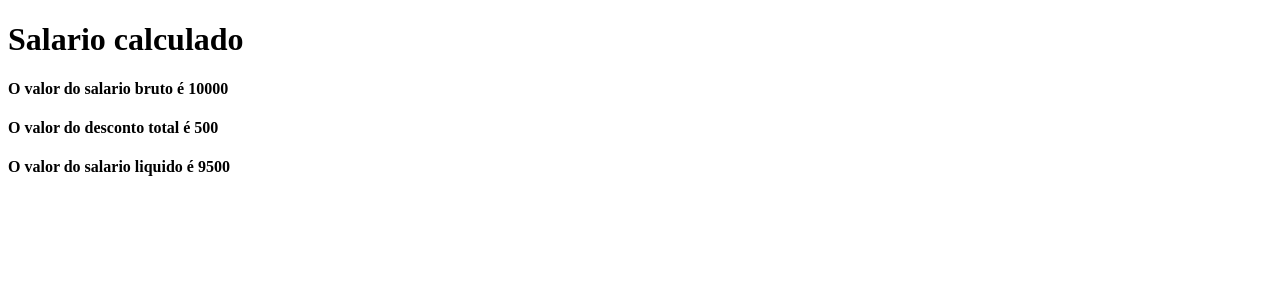
Repository: Nickolaz1/exercicios-jsp
Page: http://localhost/exer01/
The author's editor kept a copy of each file at every save. The page is drawn from the files as they stood at one save, then again after the next save.
The browser window is 1280 px wide. The pictures show the whole page.
The page is served by Tomcat 9.

Above is the page before, as saved 2021-06-06 23:29:40.

After the next save:
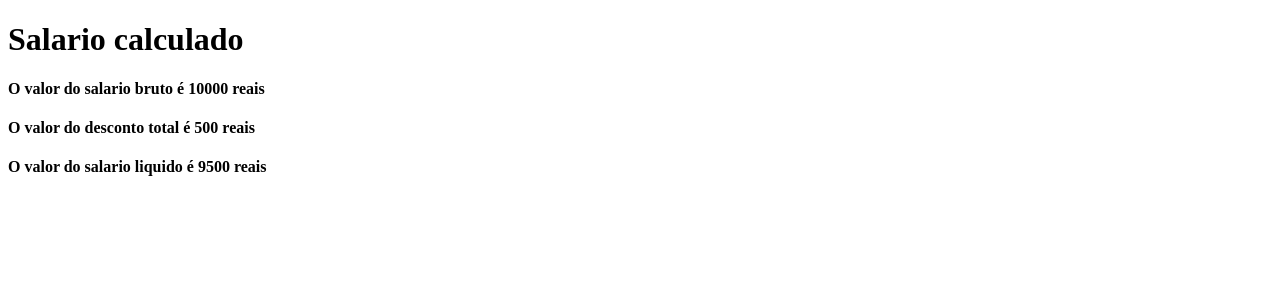
Saved 64 s later.
--- a/exer01/WebContent/index.jsp
+++ b/exer01/WebContent/index.jsp
@@ -13,8 +13,8 @@
 			sl = sb - td;
 		%>
 		<%-- Apresentar os valores : SB, TD e SL --%>
-		<h4>O valor do salario bruto é <%= sb %></h4>
-		<h4>O valor do desconto total é <%= td %></h4>
-		<h4>O valor do salario liquido é <%= sl %></h4>
+		<h4>O valor do salario bruto é <%= sb %> reais</h4>
+		<h4>O valor do desconto total é <%= td %> reais</h4>
+		<h4>O valor do salario liquido é <%= sl %> reais</h4>
 	</body>
 </html>
